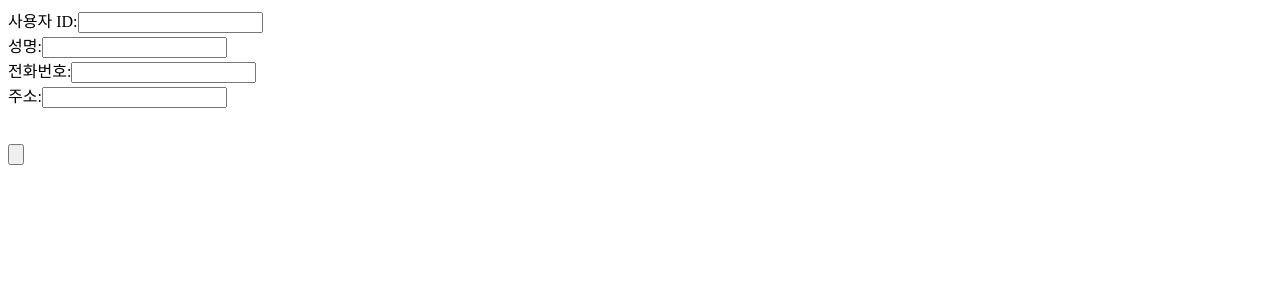
Repository: chanhooop/JSP
Page: http://localhost/CRUD/purchaserInsert_01.jsp
An editor plug-in stored every save of this project. The page is shown before and after the next save, followed by the edit.
The browser window is 1280 px wide. The pictures show the whole page.
The page is served by Tomcat 9.

Above is the page before, as saved 2021-05-11 03:49:37.

### CRUD/src/main/webapp/purchaserInsert_01.jsp
<%@ page language="java" contentType="text/html; charset=UTF-8"
    pageEncoding="UTF-8"%>
<!DOCTYPE html>
<html>
<head>
<meta charset="UTF-8">
<title>Insert title here</title>
</head>
<script type="text/javascript">
	function checkLogin() {
		var form = document.loginForm;  //반복되는 부분 변수로 만들수 있다
		 	      //document는 이 문서. loginForm은 폼태그 이름

		// Empty Check
		if(form.userid.value == ""){
			alert("제대로 입력하세요!");
			form.id.focus();
			return false; //false값을 안줘버리면 액션페이지로 넘어가 버린다!!
		}
		if(form.name.value == ""){
			alert("제대로 입력하세요!");
			form.id.focus();
			return false; //false값을 안줘버리면 액션페이지로 넘어가 버린다!!
		}
		if(form.tel.value == ""){
			alert("제대로 입력하세요!");
			form.id.focus();
			return false; //false값을 안줘버리면 액션페이지로 넘어가 버린다!!
		}
		if(form.address.value == ""){
			alert("제대로 입력하세요!");
			form.id.focus();
			return false; //false값을 안줘버리면 액션페이지로 넘어가 버린다!!
		}



		form.submit();

	}
</script>
<body>


	<form name="loginForm" action="purchaserInsert_02.jsp">
		사용자 ID:<input type="text" name="userid"><br>
		성명:<input type="text" name="name"><br>
		전화번호:<input type="text" name="tel"><br>
		주소:<input type="text" name="address"><br>

		<br><br>

		<input type="button" name="확인" onclick="checkLogin()">

	</form>

</body>
</html>

After the next save:
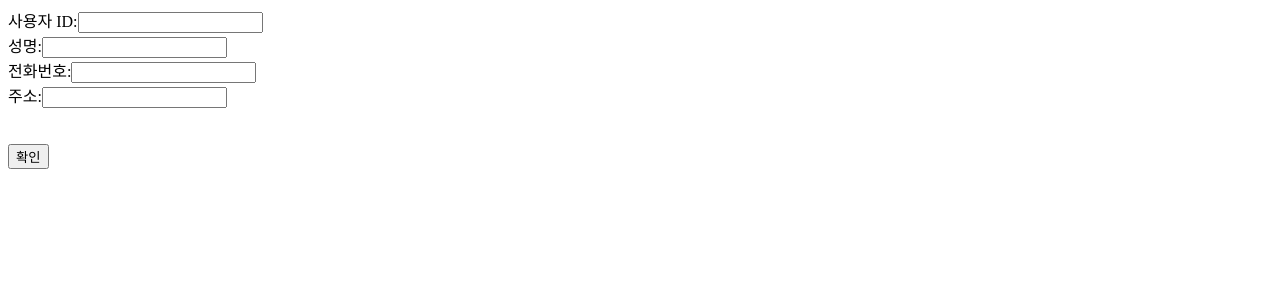
Saved 24 s later.
--- a/CRUD/src/main/webapp/purchaserInsert_01.jsp
+++ b/CRUD/src/main/webapp/purchaserInsert_01.jsp
@@ -50,7 +50,7 @@
 
 		<br><br>
 
-		<input type="button" name="확인" onclick="checkLogin()">
+		<input type="button" value="확인" onclick="checkLogin()">
 
 	</form>
 
